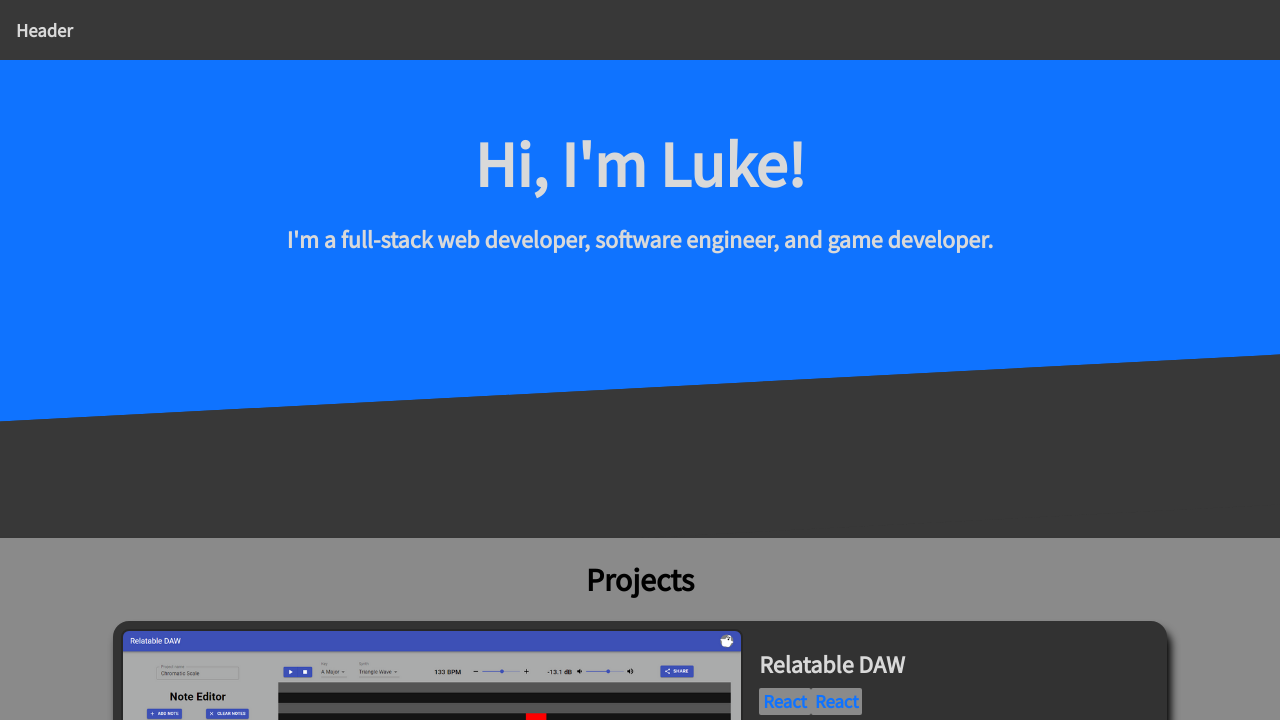
Repository: lbodwell/Personal-Website
Page: index.html
These files come from the project's save history. The page is drawn as it stood at one moment and after a run of saves; the edit follows.
The browser window is 1280 px wide. The pictures show the whole page.
An inner scrolling area shows only its first screen.

Above is the page before, as saved 2022-04-04 19:40:00.

### index.html
<!DOCTYPE html>
<html lang="en">
    <head>
        <meta charset="UTF-8">
        <meta http-equiv="X-UA-Compatible" content="IE=edge">
        <meta name="viewport" content="width=device-width, initial-scale=1.0">
        <title>Luke Bodwell</title>
        <script type="text/javascript" src="script.js" defer></script>
        <link rel="stylesheet" href="styles.css">
    </head>
    <body>
        <header>
            <h3>Header</h3>
        </header>
        <content>
            <div class="intro">
                <h1>Hi, I'm Luke!</h1>
                <h2>I'm a full-stack web developer, software engineer, and game developer.</h2>
            </div>
            <div class="projects-container">
                <h1>Projects</h1>
                <div class="projects">
                    <div class="project project-img-left">
                        <div class="project-image">
                            <img src="images/relatable-daw.png"></img>
                        </div>
                        <div class="project-info">
                            <div class="project-title">
                                <h2>Relatable DAW</h2>
                                <div class="project-tags">
                                    <div class="project-tag">
                                        <h3>React</h3>
                                    </div>
                                    <div class="project-tag">
                                        <h3>React</h3>
                                    </div>
                                </div>
                                <div class="project-types">
                                    <!-- Code icon -->
                                    <svg style="width:32px;height:32px" viewBox="0 0 24 24">
                                        <path fill="currentColor" d="M8,3A2,2 0 0,0 6,5V9A2,2 0 0,1 4,11H3V13H4A2,2 0 0,1 6,15V19A2,2 0 0,0 8,21H10V19H8V14A2,2 0 0,0 6,12A2,2 0 0,0 8,10V5H10V3M16,3A2,2 0 0,1 18,5V9A2,2 0 0,0 20,11H21V13H20A2,2 0 0,0 18,15V19A2,2 0 0,1 16,21H14V19H16V14A2,2 0 0,1 18,12A2,2 0 0,1 16,10V5H14V3H16Z" />
                                    </svg>
                                    <!-- Audio icon -->
                                    <svg style="width:32px;height:32px" viewBox="0 0 24 24">
                                        <path fill="currentColor" d="M14,3.23V5.29C16.89,6.15 19,8.83 19,12C19,15.17 16.89,17.84 14,18.7V20.77C18,19.86 21,16.28 21,12C21,7.72 18,4.14 14,3.23M16.5,12C16.5,10.23 15.5,8.71 14,7.97V16C15.5,15.29 16.5,13.76 16.5,12M3,9V15H7L12,20V4L7,9H3Z" />
                                    </svg>
                                </div>
                            </div>
                            <p>Project description goes here. Lorem ipsum dolor sit amet consectetur adipisicing elit. Maxime mollitia,
                                molestiae quas vel sint commodi repudiandae consequuntur voluptatum laborum
                                numquam blanditiis harum quisquam eius sed odit fugiat iusto fuga praesentium
                                optio, eaque rerum! Provident similique accusantium nemo autem.</p>
                            <div class="project-links">
                                <a class="btn" id="btn-demo-proj1" href="https://relatable-daw.com" target="_blank">Live Demo</a>
                                <a class="btn" id="btn-video-proj1" href="https://drive.google.com/file/d/1R21yoplPYTj6aw2hVH3COGZ260A-Z0TO/view" target="_blank">Video</a>
                                <a class="btn" id="btn-code-proj1" href="https://github.com/lbodwell/Relatable-DAW" target="_blank">Code</a>
                            </div>
                        </div>
                    </div>
                    <div class="project project-img-right">
                        <div class="project-info">
                            <div class="project-title">
                                <h2>GeoBlade</h2>
                                <div class="project-types">
                                    <!-- Code icon -->
                                    <svg style="width:32px;height:32px" viewBox="0 0 24 24">
                                        <path fill="currentColor" d="M8,3A2,2 0 0,0 6,5V9A2,2 0 0,1 4,11H3V13H4A2,2 0 0,1 6,15V19A2,2 0 0,0 8,21H10V19H8V14A2,2 0 0,0 6,12A2,2 0 0,0 8,10V5H10V3M16,3A2,2 0 0,1 18,5V9A2,2 0 0,0 20,11H21V13H20A2,2 0 0,0 18,15V19A2,2 0 0,1 16,21H14V19H16V14A2,2 0 0,1 18,12A2,2 0 0,1 16,10V5H14V3H16Z" />
                                    </svg>
                                    <!-- Game icon -->
                                    <svg style="width:32px;height:32px" viewBox="0 0 24 24">
                                        <path fill="currentColor" d="M7.97,16L5,19C4.67,19.3 4.23,19.5 3.75,19.5A1.75,1.75 0 0,1 2,17.75V17.5L3,10.12C3.21,7.81 5.14,6 7.5,6H16.5C18.86,6 20.79,7.81 21,10.12L22,17.5V17.75A1.75,1.75 0 0,1 20.25,19.5C19.77,19.5 19.33,19.3 19,19L16.03,16H7.97M7,8V10H5V11H7V13H8V11H10V10H8V8H7M16.5,8A0.75,0.75 0 0,0 15.75,8.75A0.75,0.75 0 0,0 16.5,9.5A0.75,0.75 0 0,0 17.25,8.75A0.75,0.75 0 0,0 16.5,8M14.75,9.75A0.75,0.75 0 0,0 14,10.5A0.75,0.75 0 0,0 14.75,11.25A0.75,0.75 0 0,0 15.5,10.5A0.75,0.75 0 0,0 14.75,9.75M18.25,9.75A0.75,0.75 0 0,0 17.5,10.5A0.75,0.75 0 0,0 18.25,11.25A0.75,0.75 0 0,0 19,10.5A0.75,0.75 0 0,0 18.25,9.75M16.5,11.5A0.75,0.75 0 0,0 15.75,12.25A0.75,0.75 0 0,0 16.5,13A0.75,0.75 0 0,0 17.25,12.25A0.75,0.75 0 0,0 16.5,11.5Z" />
                                    </svg>
                                    <!-- Audio icon -->
                                    <svg style="width:32px;height:32px" viewBox="0 0 24 24">
                                        <path fill="currentColor" d="M14,3.23V5.29C16.89,6.15 19,8.83 19,12C19,15.17 16.89,17.84 14,18.7V20.77C18,19.86 21,16.28 21,12C21,7.72 18,4.14 14,3.23M16.5,12C16.5,10.23 15.5,8.71 14,7.97V16C15.5,15.29 16.5,13.76 16.5,12M3,9V15H7L12,20V4L7,9H3Z" />
                                    </svg>
                                </div>
                            </div>
                            <p>Project description goes here. Lorem ipsum dolor sit amet consectetur adipisicing elit. Maxime mollitia,
                                molestiae quas vel sint commodi repudiandae consequuntur voluptatum laborum
                                numquam blanditiis harum quisquam eius sed odit fugiat iusto fuga praesentium
                                optio, eaque rerum! Provident similique accusantium nemo autem.</h>
                            <div class="project-links">
                                <a class="btn" id="btn-download-proj2">Download</a>
                                <a class="btn" id="btn-video-proj2">Video</a>
                                <a class="btn" id="btn-code-proj2">Code</a>
                            </div>
                        </div>
                        <div class="project-image">
                            <img src="images/relatable-daw.png"></img>
                        </div>
                    </div>
                    <div class="project project-img-left">
                        <div class="project-image">
                            <img src="images/relatable-daw.png"></img>
                        </div>
                        <div class="project-info">
                            <div class="project-title">
                                <h2>Example project 3</h2>
                                <div class="project-types">
                                    <!-- Code icon -->
                                    <svg style="width:32px;height:32px" viewBox="0 0 24 24">
                                        <path fill="currentColor" d="M8,3A2,2 0 0,0 6,5V9A2,2 0 0,1 4,11H3V13H4A2,2 0 0,1 6,15V19A2,2 0 0,0 8,21H10V19H8V14A2,2 0 0,0 6,12A2,2 0 0,0 8,10V5H10V3M16,3A2,2 0 0,1 18,5V9A2,2 0 0,0 20,11H21V13H20A2,2 0 0,0 18,15V19A2,2 0 0,1 16,21H14V19H16V14A2,2 0 0,1 18,12A2,2 0 0,1 16,10V5H14V3H16Z" />
                                    </svg>
                                </div>
                            </div>
                            <p>Project description goes here. Lorem ipsum dolor sit amet consectetur adipisicing elit. Maxime mollitia,
                                molestiae quas vel sint commodi repudiandae consequuntur voluptatum laborum
                                numquam blanditiis harum quisquam eius sed odit fugiat iusto fuga praesentium
                                optio, eaque rerum! Provident similique accusantium nemo autem.</h>
                            <div class="project-links">
                                <a class="btn" id="btn-demo-proj3">Live Demo</a>
                                <a class="btn" id="btn-video-proj3">Video</a>
                                <a class="btn" id="btn-code-proj3">Code</a>
                            </div>
                        </div>
                    </div>
                </div>
                <a id="see-more-projects" href="#">See more</a>
            </div>
            <div class="skills">
                <h1>Skills</h1>
                <div class="skills">
                </div>
            </div>
        </content>
        <footer>
            <h3>Footer</h5>
        </footer>
    </body>
</html>

### styles.css
@import url("https://fonts.googleapis.com/css2?family=Source+Sans+Pro&display=swap");

html {
    font-family: "Source Sans Pro", sans-serif;
    background-color: #383838;
}

html, body {
    width: 100%;
    height: 100%;
    margin: 0;
    max-width: 100%;
    overflow-x: hidden;
}

h2, h3, h4, h5, h6, p, svg {
    color: rgb(217, 217, 217);
}

header {
    margin-left: 1rem;
}

content {
    display: flex;
    flex-direction: column;
    align-items: center;
}

.intro {
    color: rgb(217, 217, 217);
    position: relative;
    text-align: center;
    background-color: #0f73ff;
    padding: 4rem;
    width: 100%;
    height: 250px;
    margin-bottom: 100px;
}

.intro > h1 {
    font-size: 64px;
    margin: 0;
}

.intro::before, .intro::after {
    content: "";
    position: absolute;
    height: 150px;
    bottom: -100px;
    right: 0;
    left: 0;
    background: #383838;
    transform: skewY(-3deg);
}

.projects-container {
    text-align: center;
    background-color: rgb(138, 138, 138);
    padding: 0 64rem 2rem 64rem;
    filter: drop-shadow(4px 8px 4px black);
}

.projects {
    display: grid;
    grid-template-columns: 1fr;
}

.project {
    display: flex;
    gap: 16px;
    width: auto;
    height: 300px;
    margin-bottom: 1rem;
    padding: 0.5rem;
    background-color: #323232;
    border-radius: 16px;
    filter: drop-shadow(4px 8px 4px black);
}

.project-info {
    display: flex;
    flex-direction: column;
    width: 400px;
    border:
}

.project-img-left > .project-info {
    align-items: flex-start;
    text-align: left;
}

.project-img-right > .project-info {
    align-items: flex-end;
    text-align: right;
}

.project-title {
    display: flex;
    flex-direction: column;
    align-items: flex-start;
}

.project-title > h2 {
    margin-bottom: 0;
}

.project-types {
    display: flex;
    flex-direction: row;
    gap: 8px;
}

.project-tags {
    display: grid;
    grid-template-columns: repeat(4, 1fr);
}

.project-tag {
    margin: 8px 0;
}

.project-tag > h3 {
    margin: 0;
    padding: 2px 4px;
    color: #0f73ff;
    background-color: #8a8a8a;
    border-radius: 2px;
}

.project-img-left .project-types {
    justify-content: flex-start;
}

.project-img-right .project-types {
    justify-content: flex-end;
}

.project-links {
    display: flex;
    flex-direction: row;
    gap: 4px;
}

.btn {
    font-weight: bolder;
    background-color: #0f73ff;
    color: rgb(217, 217, 217);
    border-radius: 8px;
    filter: drop-shadow(2px 4px 2px black);
    padding: 0.25rem 1rem;
    border: 1px solid #272727;
    text-decoration: none;
}

.btn:hover {
    background-color: #0c4eac;
    cursor: pointer;
}

.project img {
    width: auto;
    height: 100%;
    border: 2px solid #272727;
    border-radius: 8px;
}

footer {
    margin: 1rem;
}

Loaded but not shown: script.js (common file)

After the next 3 saves:
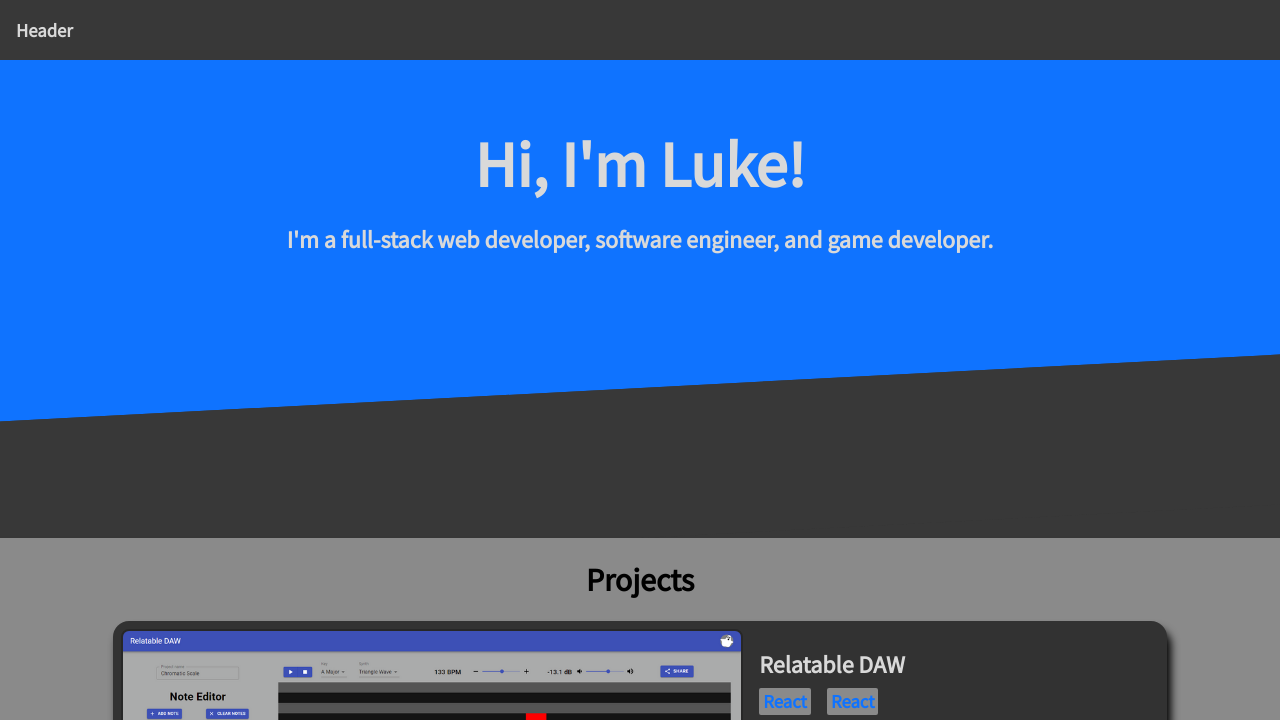
The 3 saves are shown as one change because they came seconds apart.
The last was saved 14 s later.
--- a/styles.css
+++ b/styles.css
@@ -114,6 +114,7 @@ content {
 .project-tags {
     display: grid;
     grid-template-columns: repeat(4, 1fr);
+    gap: 16px;
 }
 
 .project-tag {
